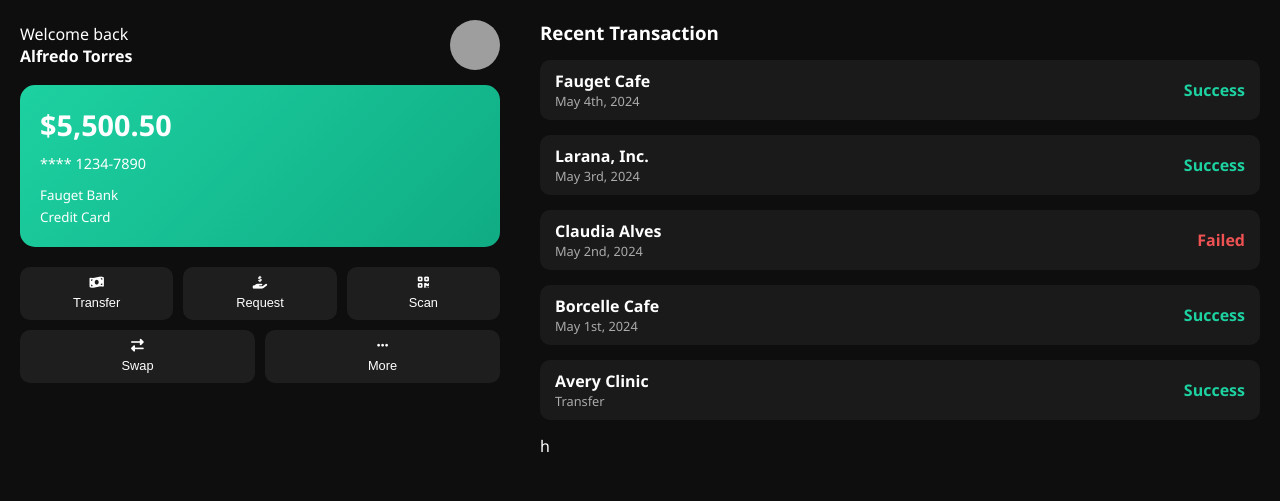
Repository: trenzyfx1/Wells-fargo-bank
Page: homepage.html
These files come from the project's save history. The page is drawn as it stood at one moment and after the next save; the edit follows.
The browser window is 1280 px wide. The pictures show the whole page.
Pictures or frames that could not be fetched are drawn as grey boxes. Some web libraries are served in a nearby version.

Above is the page before, as saved 2025-06-19 18:52:00.

After the next save:
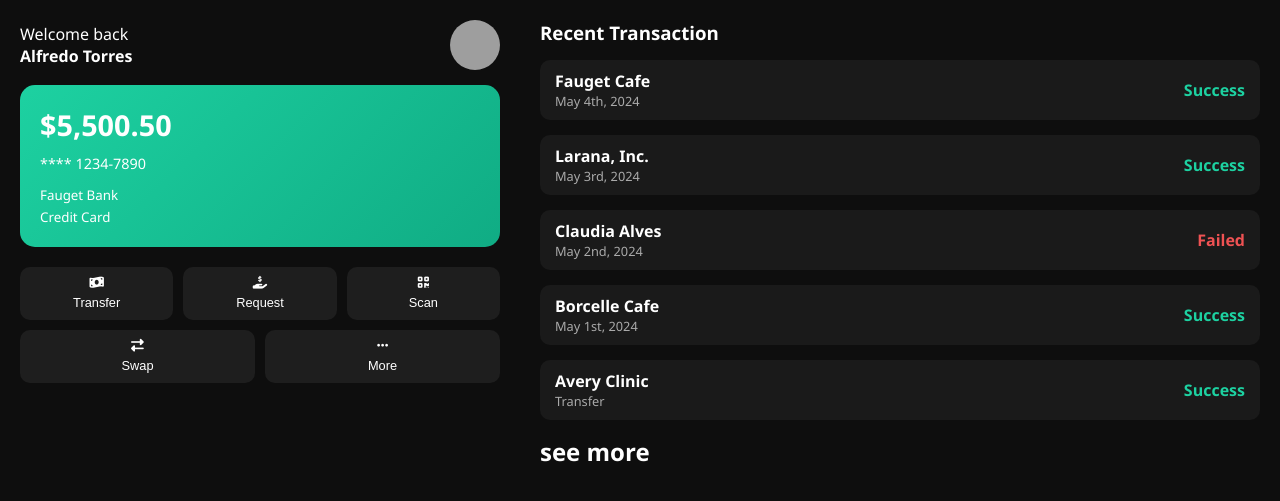
Saved 6 s later.
--- a/homepage.html
+++ b/homepage.html
@@ -77,7 +77,7 @@
                     </div>
                     <span class="success">Success</span>
                 </div>
-                h
+                <h2>see more</h2>
             </div>
         </div>
     </div>
